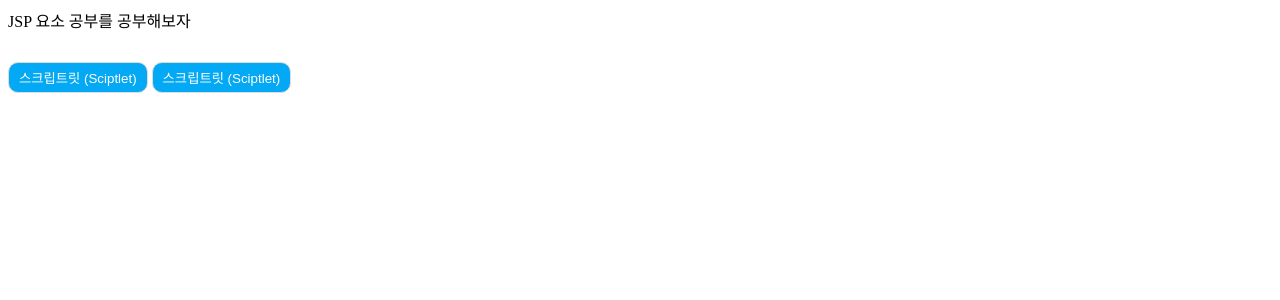
Repository: hyejux/JSP_STUDY
Page: http://localhost/JSPPractice2/
An editor plug-in stored every save of this project. The page is shown before and after the next save, followed by the edit.
The browser window is 1280 px wide. The pictures show the whole page.
The page is served by Tomcat 9.

Above is the page before, as saved 2025-01-07 14:52:14.

After the next save:
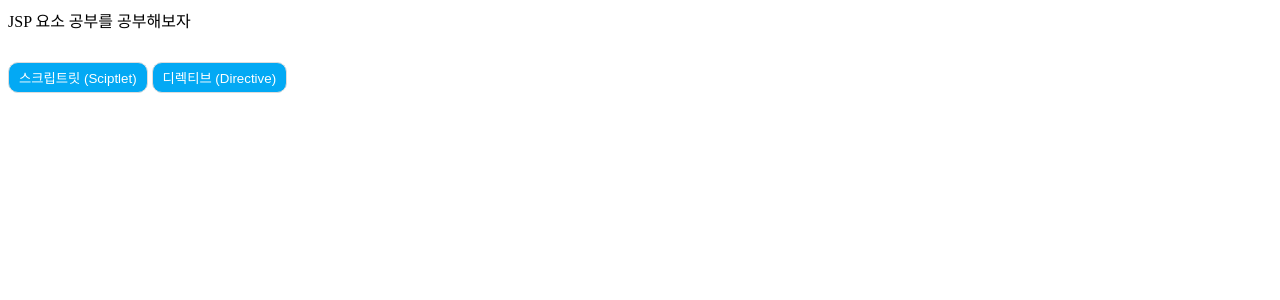
Saved 25 s later.
--- a/JSPPractice2/src/main/webapp/index.jsp
+++ b/JSPPractice2/src/main/webapp/index.jsp
@@ -11,7 +11,7 @@
 
 	<div> JSP 요소 공부를 공부해보자 </div>
 <button type="button" onclick = "location.href='JSP_ex1.jsp'"> 스크립트릿 (Sciptlet) </button>
-<button type="button" onclick = "location.href='JSP_ex2.jsp'"> 스크립트릿 (Sciptlet) </button>
+<button type="button" onclick = "location.href='JSP_ex2.jsp'"> 디렉티브 (Directive) </button>
 
 </body>
 </html>
